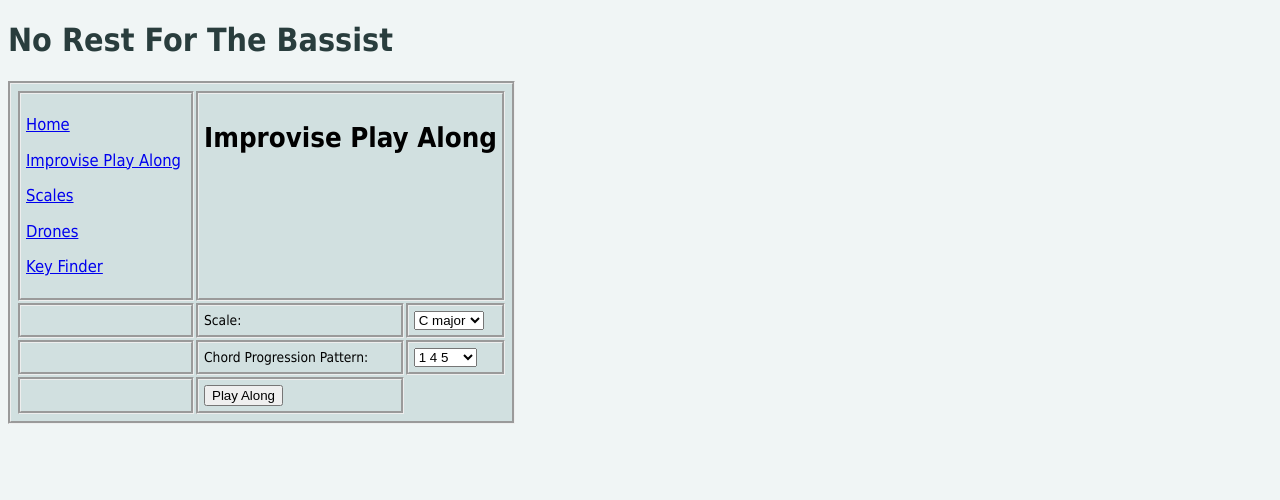
Repository: jenboyle/norestforthebassist
Page: http://localhost/norestforthebassist/improvise.jsp
An editor plug-in stored every save of this project. The page is shown before and after the next save, followed by the edit.
The browser window is 1280 px wide. The pictures show the whole page.
The page is served by Tomcat 9. Other server files are loaded and not shown.

Above is the page before, as saved 2021-05-02 22:03:08.

### norestforthebassist/src/main/webapp/improvise.jsp
<%@ page language="java" contentType="text/html; charset=UTF-8"
    pageEncoding="UTF-8"%>
<!DOCTYPE html>
<html>
<head>
<meta charset="UTF-8">
<link href="resources/css/main.css" rel="stylesheet">
<script src="resources/js/improvise.js"></script>
<title>No Rest For The Bassist</title>
</head>
<body>
<form action="playalong.jsp">
  <!--  <input type="hidden" name="improvise_scale" />-->
  <input type="hidden" name="title" value="C Major Scale" />
  <input type="hidden" name="id" value="1" />

    <h1>No Rest For The Bassist</h1>
    <table>
        <tr>
            <td style = "width: 160px;">
                <jsp:include page="sidebar.html" flush="true"/>
            </td>
            <td style = "vertical-align: top" colspan="2">
                <h2>Improvise Play Along</h2>
            </td>
            </tr>
            <tr>
                <td/>
                <td>Scale:</td>
                <td>
                <select name="improvise_scale" id="improvise_scale">
                    <option value="cmajor" selected>C major</option>
  					<option value="dmajor">D major</option>
  					<option value="emajor">E major</option>
  					<option value="fmajor">F major</option>
  					<option value="gmajor">G major</option>
  					<option value="amajor">A major</option>
  					<option value="bmajor">B major</option>
				</select>
				</td>
			</tr>
			<tr>
			    <td/>
			    <td>Chord Progression Pattern:</td>
				<td>
				<select name="improvise_pattern" id="improvise_pattern">
                    <option value="1|4|5" selected>1 4 5</option>
  					<option value="1|5|6|4">1 5 6 4</option>
  					<option value="2|5|1">2 5 1</option>
				</select>
            </td>
        </tr>
        <tr>
        <td/>
        <td>
          <input type = "submit" value = "Play Along" />
        </td>
        </tr>
    </table>
    </form>
</body>
</html>

### norestforthebassist/src/main/webapp/sidebar.html
<p><a href="http://localhost:8080/norestforthebassist/index.jsp">Home</a></p>
<p><a href="http://localhost:8080/norestforthebassist/improvise.jsp">Improvise Play Along</a></p>
<p><a href="http://localhost:8080/norestforthebassist/scales.jsp">Scales</a></p>
<p><a href="http://localhost:8080/norestforthebassist/drones.jsp">Drones</a></p>
<p><a href="http://localhost:8080/norestforthebassist/keyfinder.jsp">Key Finder</a></p>

### norestforthebassist/src/main/webapp/resources/css/main.css
@charset "UTF-8";
body
{
    font-family: tahoma, helvetica, arial, sans-serif;
    background-color: #f0f5f5;
}
table, tr, td
{
    font-size: .95em;
    border: 3px groove;
    padding: 5px;
    background-color: #d1e0e0;
}
h1
{
	color: #293d3d;
}
h2
{
	font-size: 2em;
	text-align: center;
}
p
{
	font-size: 1.2em;
}
.tdbold {
	font-weight: bold;
}
.imgscalebassscore {
  width:100%;
  opacity: 0.5;
}
.scalebassscore {
  text-align: center;
  position: relative;
}

.text {
  position: absolute;
  top: 50%;
  left: 50%;
  transform: translate(-50%, -50%);
}

.left_arrow {
	padding: 5px;
}

.right_arrow {
	padding: 5px;
}

.scalebassscore .e_string_position_1 {
	position: absolute;
    bottom: 16px;
    left: 60px;
}

.scalebassscore .e_string_position_2 {
	position: absolute;
    bottom: 16px;
    left: 100px;
}

.scalebassscore .e_string_position_3 {
	position: absolute;
    bottom: 16px;
    left: 140px;
}

.scalebassscore .a_string_position_1 {
	position: absolute;
    bottom: 41px;
    left: 60px;
}

.scalebassscore .a_string_position_2 {
	position: absolute;
    bottom: 41px;
    left: 100px;
}

.scalebassscore .a_string_position_3 {
	position: absolute;
    bottom: 41px;
    left: 140px;
}

.scalebassscore .a_string_position_4 {
	position: absolute;
    bottom: 41px;
    left: 180px;
}

.scalebassscore .a_string_position_5 {
	position: absolute;
    bottom: 41px;
    left: 220px;
}

.scalebassscore .a_string_position_6 {
	position: absolute;
    bottom: 41px;
    left: 260px;
}

.scalebassscore .d_string_position_1 {
  position: absolute;
  top: 32px;
  left: 60px;
}

.scalebassscore .d_string_position_2 {
  position: absolute;
  top: 32px;
  left: 100px;
}

.scalebassscore .d_string_position_3 {
  position: absolute;
  top: 32px;
  left: 140px;
}

.scalebassscore .d_string_position_4 {
  position: absolute;
  top: 32px;
  left: 180px;
}

.scalebassscore .d_string_position_5 {
  position: absolute;
  top: 32px;
  left: 220px;
}

.scalebassscore .d_string_position_6 {
  position: absolute;
  top: 32px;
  left: 260px;
}

.scalebassscore .d_string_position_7 {
  position: absolute;
  top: 32px;
  left: 300px;
}

.scalebassscore .d_string_position_8 {
  position: absolute;
  top: 32px;
  left: 340px;
}

.scalebassscore .g_string_position_1 {
  position: absolute;
  top: 7px;
  left: 60px;
}

.scalebassscore .g_string_position_2 {
  position: absolute;
  top: 7px;
  left: 100px;
}

.scalebassscore .g_string_position_3 {
  position: absolute;
  top: 7px;
  left: 140px;
}

.scalebassscore .g_string_position_4 {
  position: absolute;
  top: 7px;
  left: 180px;
}

.scalebassscore .g_string_position_5 {
  position: absolute;
  top: 7px;
  left: 220px;
}

.scalebassscore .g_string_position_6 {
  position: absolute;
  top: 7px;
  left: 260px;
}

.scalebassscore .g_string_position_7 {
  position: absolute;
  top: 7px;
  left: 300px;
}

.scalebassscore .g_string_position_8 {
  position: absolute;
  top: 7px;
  left: 340px;
}

.scalebassscore .another {
  position: absolute;
  bottom: 34px;
  right: 140px;
}

/* Bottom left text */
.bottom-left {
  position: absolute;
  bottom: 8px;
  left: 16px;
}

/* Top left text */
.top-left {
  position: absolute;
  top: 8px;
  left: 16px;
}

/* Top right text */
.top-right {
  position: absolute;
  top: 8px;
  right: 16px;
}

/* Bottom right text */
.bottom-right {
  position: absolute;
  bottom: 8px;
  right: 16px;
}

/* Centered text */
.centered {
  position: absolute;
  top: 50%;
  left: 50%;
  transform: translate(-50%, -50%);
}

### norestforthebassist/src/main/webapp/resources/js/improvise.js
/**
 *
 */

//function changeParameter (objParameter, objSelect)
//    {
//        var objHidden = document.getElementById(objParameter);
//        objHidden.value = objSelect.value;
//    }

After the next save:
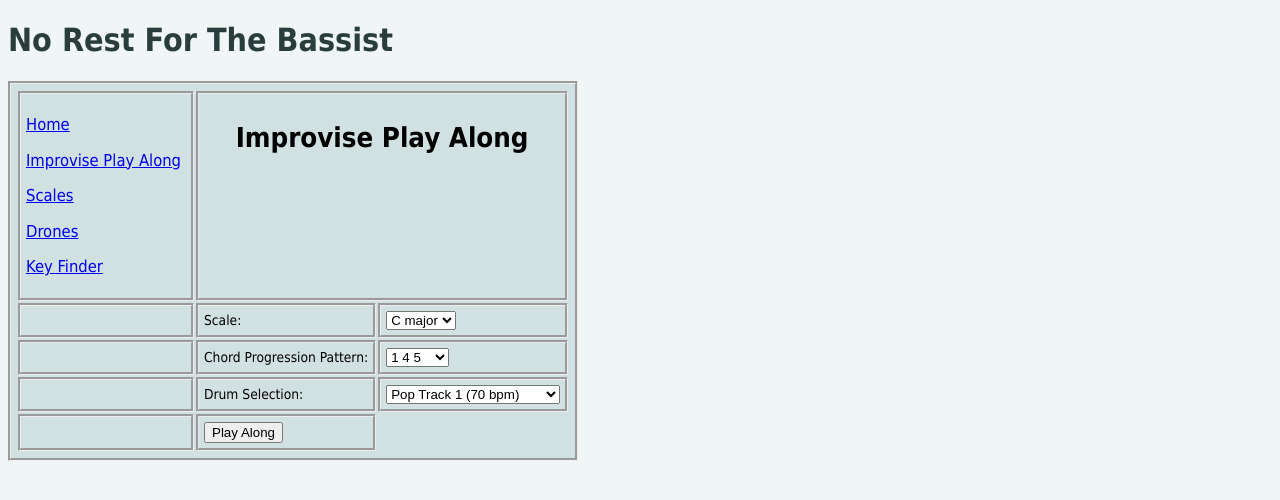
Saved 18 h 22 min later.
--- a/norestforthebassist/src/main/webapp/improvise.jsp
+++ b/norestforthebassist/src/main/webapp/improvise.jsp
@@ -51,6 +51,20 @@
             </td>
         </tr>
         <tr>
+			    <td/>
+			    <td>Drum Selection:</td>
+				<td>
+				<select name="improvise_drum" id="improvise_drum">
+                    <option value="pop1_70bpm.mp3" selected>Pop Track 1 (70 bpm)</option>
+  					<option value="pop2_80bpm.mp3">Pop Track 2 (80 bpm)</option>
+  					<option value="reggae1_90bpm.mp3">Reggae Track 1 (90 bpm)</option>
+  					<option value="reggae2_95bpm.mp3">Reggae Track 2 (95 bpm)</option>
+  					<option value="rnb1_90bpm.mp3">R&B Track 1 (90 bpm)</option>
+  					<option value="rock2_100bpm.mp3">Rock Track 1 (100 bpm)</option>
+				</select>
+            </td>
+        </tr>
+        <tr>
         <td/>
         <td>
           <input type = "submit" value = "Play Along" />
